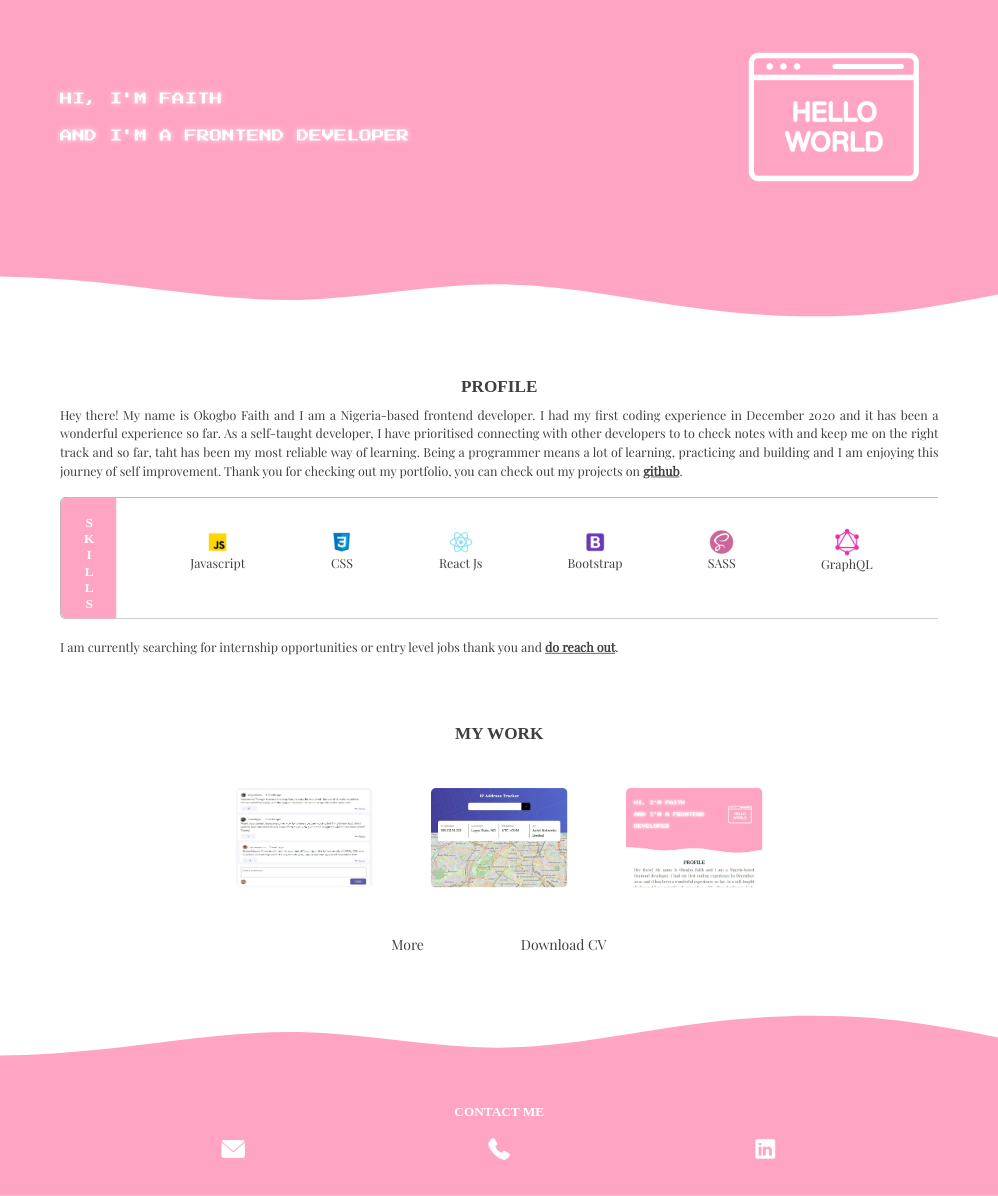
Repository: faithandjs/my-portfolio
Page: /
An editor plug-in stored every save of this project. The page is shown before and after the next save, followed by the edit.
The browser window is 1280 px wide. The pictures show the whole page, at 78% of full size.
Some web fonts or font styles are not loaded; a fallback is used. The project was rebuilt for these pictures with package versions that can differ from the ones it lists, and the page was loaded fresh each time. Also part of the build but not shown: src/App.css.

Above is the page before, as saved 2022-04-26 22:42:57.

After the next save:
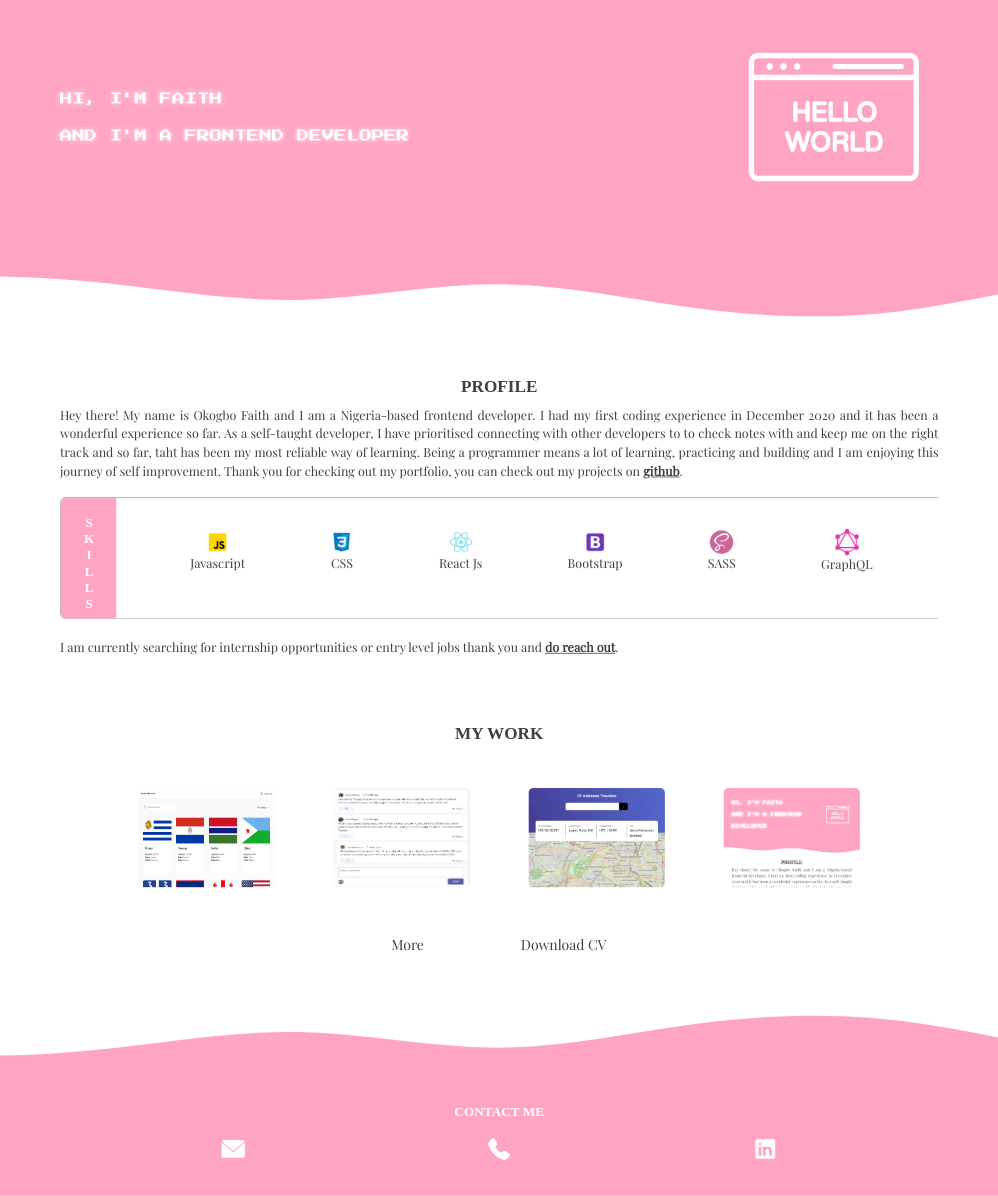
Saved 3 min 59 s later.
--- a/src/components/home.js
+++ b/src/components/home.js
@@ -16,6 +16,7 @@
 import ics from './images/interactive-cs1.jpg'
 import ip from './images/ip-address-tracker1.jpg'
 import portfolio from './images/portfolio1.jpg'
+import REST from './images/REST-countries-api.jpg'
 import './sass/style.scss'
 
 export const Home = () => {
@@ -91,23 +92,23 @@
             <section className='work'>
                 <h3>My work</h3>
                 <div className='gallery'>
-                    {/*div className='img-box' data-toggle="modal" onClick={() => {
-                         settingDatum(0)
-                    }} data-target="#modal">
-                        <img src={restaurant} />
-                    </div>*/}
                     <div className='img-box' data-toggle="modal" onClick={() => {
                          settingDatum(1)
+                    }} data-target="#modal">
+                        <img src={REST} />
+                    </div>
+                    <div className='img-box' data-toggle="modal" onClick={() => {
+                         settingDatum(2)
                     }} data-target="#modal">
                         <img src={ics} />
                     </div>
                     <div className='img-box' data-toggle="modal" onClick={() => {
-                         settingDatum(2)
+                         settingDatum(3)
                     }} data-target="#modal">
                         <img src={ip} />
                     </div>
                     <div className='img-box' data-toggle="modal" onClick={() => {
-                         settingDatum(3)
+                         settingDatum(4)
                     }} data-target="#modal">
                         <img src={portfolio} />
                     </div>
